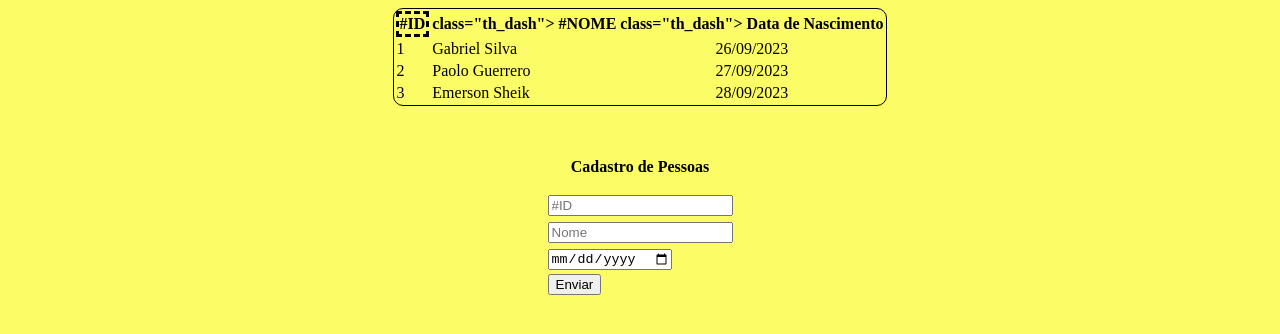
Repository: gabrielsilva9810/FATEC_LABEngSoftware
Page: ExemploHTML/src/main/webapp/index.html
An editor plug-in stored every save of this project. The page is shown before and after the next save, followed by the edit.
The browser window is 1280 px wide. The pictures show the whole page.

Above is the page before, as saved 2023-08-26 13:48:31.

### ExemploHTML/src/main/webapp/index.html
<!DOCTYPE html>
<html>

<head>
	<meta charset="UTF-8">
	<link rel="stylesheet" href="./css/styles.css">
	<title>Exemplo HTML</title>
</head>

<body>
	<div align="center">
		<table class="table_round">
			<thead>
				<tr>
					<th class="th_dash"><b> #ID</b></th>
					<th> class="th_dash"><b> #NOME</b></th>
					<th> class="th_dash"><b> Data de Nascimento</b></th>
				</tr>
			</thead>
			<tbody>
				<tr>
					<td>1</td>
					<td>Gabriel Silva</td>
					<td align="center">26/09/2023</td>
				</tr>

				<tr>
					<td>2</td>
					<td>Paolo Guerrero</td>
					<td align="center">27/09/2023</td>
				</tr>

				<tr>
					<td>3</td>
					<td>Emerson Sheik</td>
					<td align="center">28/09/2023</td>
				</tr>


			</tbody>
		</table>

		<br />
		<br />

		<div align="center">

			<form action="https://leandrocolevati.com.br/" method="post">

				<p><b> Cadastro de Pessoas</b></p>



			<table>
				<tr>

					<td>
						<input type="number" min="0" step="1" id="id" name="id" placeholder="#ID" required="required">

					</td>
				<tr>

				</tr>
				<td>
					<input type="text" id="nome" name="nome" placeholder="Nome" required="required">

				</td>

				<tr>

				</tr>
				<td>
					<input type="date" id="id" name="dataNasc" placeholder="Data de Nascimento" required="required">

				</td>

				</tr>

				<tr>
					<td>
						<input type="submit" id="enviar" name="enviar" value="Enviar">
					</td>
				</tr>

			</table>

			</form>


		</div>

	</div>
</body>

</html>

### ExemploHTML/src/main/webapp/css/styles.css
@charset "UTF-8";

body{
	background-color: #FCFC66;
}

.table_round {
	border: 1px solid black;
	border-radius: 10px;
}

.th_dash{
	border-style: dashed;
}

After the next save:
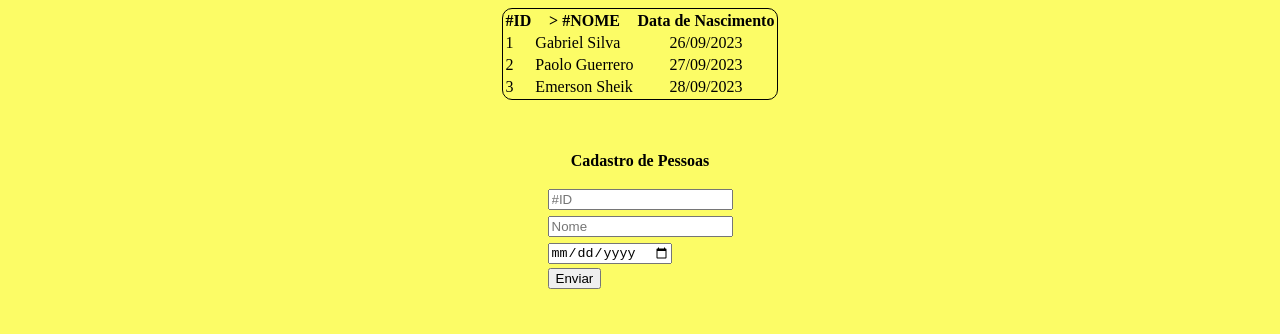
Saved 29 s later.
--- a/ExemploHTML/src/main/webapp/index.html
+++ b/ExemploHTML/src/main/webapp/index.html
@@ -12,9 +12,9 @@
 		<table class="table_round">
 			<thead>
 				<tr>
-					<th class="th_dash"><b> #ID</b></th>
-					<th> class="th_dash"><b> #NOME</b></th>
-					<th> class="th_dash"><b> Data de Nascimento</b></th>
+					<th><b> #ID</b></th>
+					<th>><b> #NOME</b></th>
+					<th><b> Data de Nascimento</b></th>
 				</tr>
 			</thead>
 			<tbody>
